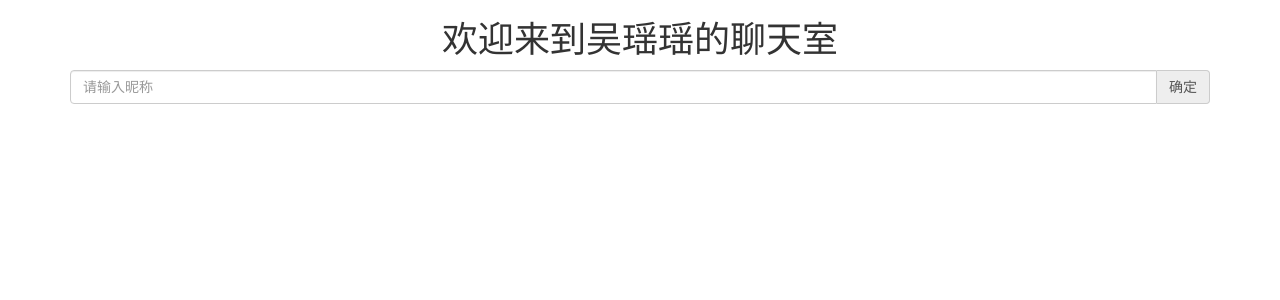
Repository: wyy511/node-socket.io
Page: client.html
These files come from the project's save history. The page is drawn as it stood at one moment and after the next save; the edit follows.
The browser window is 1280 px wide. The pictures show the whole page.
The page's requests for data from a server got no answer. Some web libraries are served in a nearby version.

Above is the page before, as saved 2019-11-20 23:40:13.
Console error (its wording comes from the project's code and is left out).

After the next save:
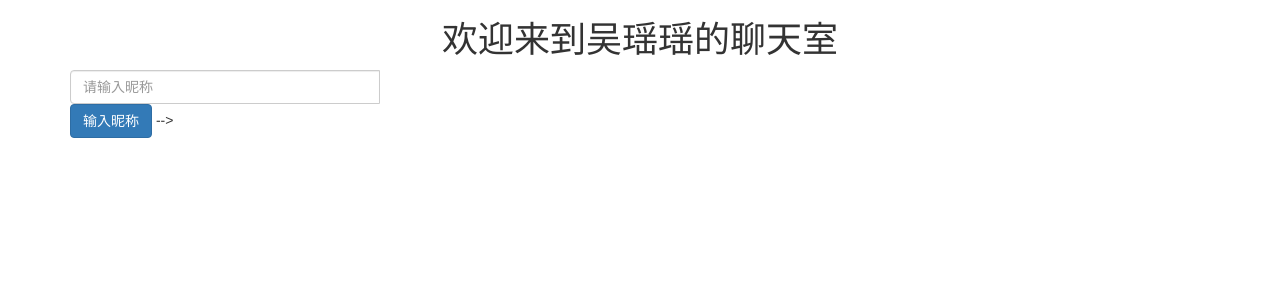
Saved 28 s later.
--- a/client.html
+++ b/client.html
@@ -31,10 +31,10 @@
       <div id="nameBox">
         <div class="input-group">
             <input id="name" class="form-control" type="text" placeholder="请输入昵称">
-          <span id="nameBtn" class="input-group-addon">确定</span>
+            <button id="nameBtn" type="button" class="btn btn-primary">输入昵称</button> -->
         </div>
         <!--
-        <button  type="button" class="btn btn-primary">输入昵称</button> -->
+
       </div>
       <div id="msgBox">
         <input id="msg" onkeydown="enterChart(event)" />
